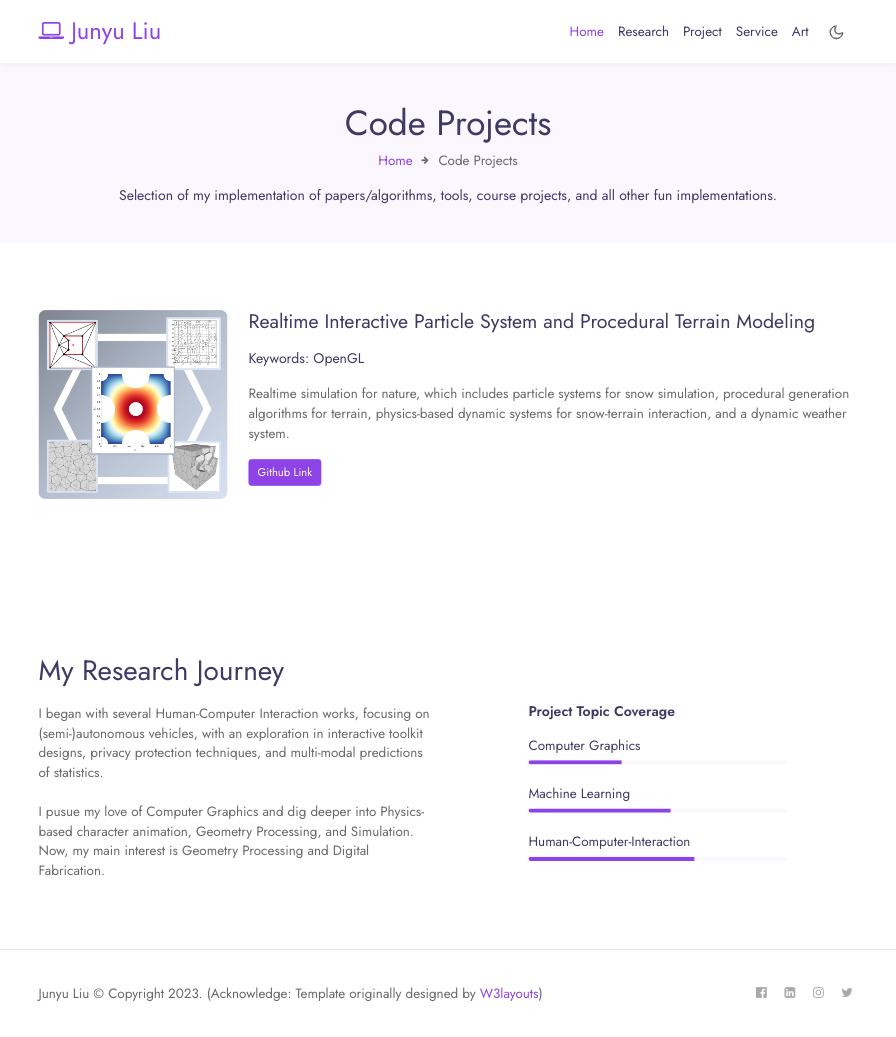
Repository: Junyu-Liu-Nate/junyu-liu-nate.github.io
Page: project.html
These files come from the project's save history. The page is drawn as it stood at one moment and after the next save; the edit follows.
The browser window is 1280 px wide. The pictures show the whole page, at 70% of full size.

Above is the page before, as saved 2024-04-10 18:12:22.
Console error: TypeError: Cannot read properties of null (reading 'classList')

After the next save:
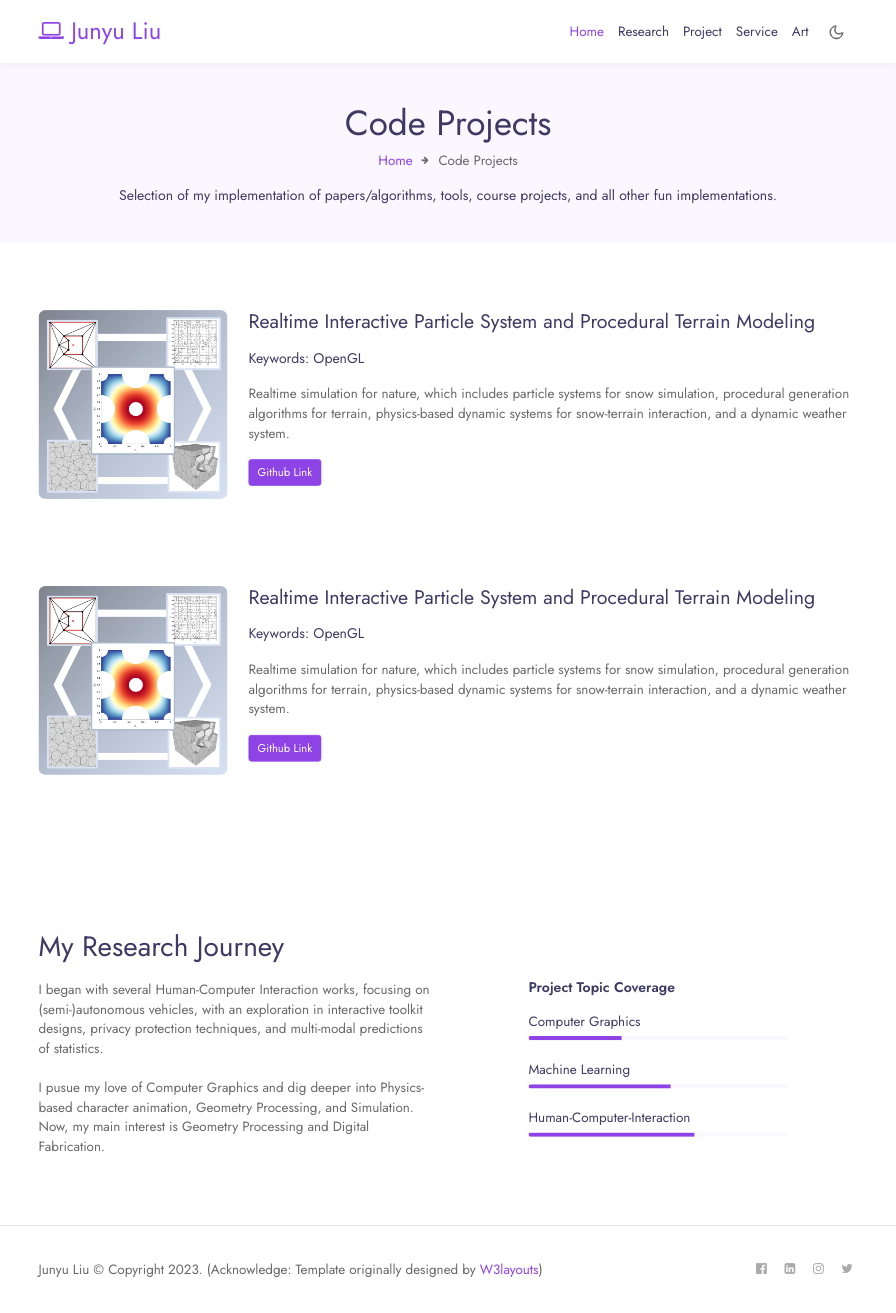
Saved 6 s later.
--- a/project.html
+++ b/project.html
@@ -123,7 +123,30 @@
             <p><br></p>
         </div>
 
-
+        <div class="container py-lg-5 py-md-3">
+          <div class="row">
+            <div class="col-lg-3">
+              <div class="position-relative">
+                  <img src="assets/images/project/thumnail/port-FEM-vs-VEM.png" alt="" class="radius-image img-fluid">
+              </div>
+            </div>
+            <div class="col-lg-9 mt-lg-0 mt-5">
+                <!-- <h5 class="title-small mb-2">Hello, I am UI/UX Designer</h5> -->
+                <h3 class="title">Realtime Interactive Particle System and Procedural Terrain Modeling</h3>
+                <br>
+                <h5>Keywords: OpenGL</h5>
+                <br>
+                <p>
+                  Realtime simulation for nature, which includes particle systems for snow simulation, procedural generation algorithms for terrain, physics-based dynamic systems for snow-terrain interaction, and a dynamic weather system.
+                </p>
+                <br>
+                <div>
+                  <a href="https://github.com/Junyu-Liu-Nate/Realtime-Interactive-Particle-System-Procedural-Modeling-OpenGL" class="btn btn-primary">Github Link</a>
+                </div>
+            </div>
+        </div>
+        <p><br></p>
+    </div>
     </div>
 </section>
 <!-- //about page about section -->

After the save that followed:
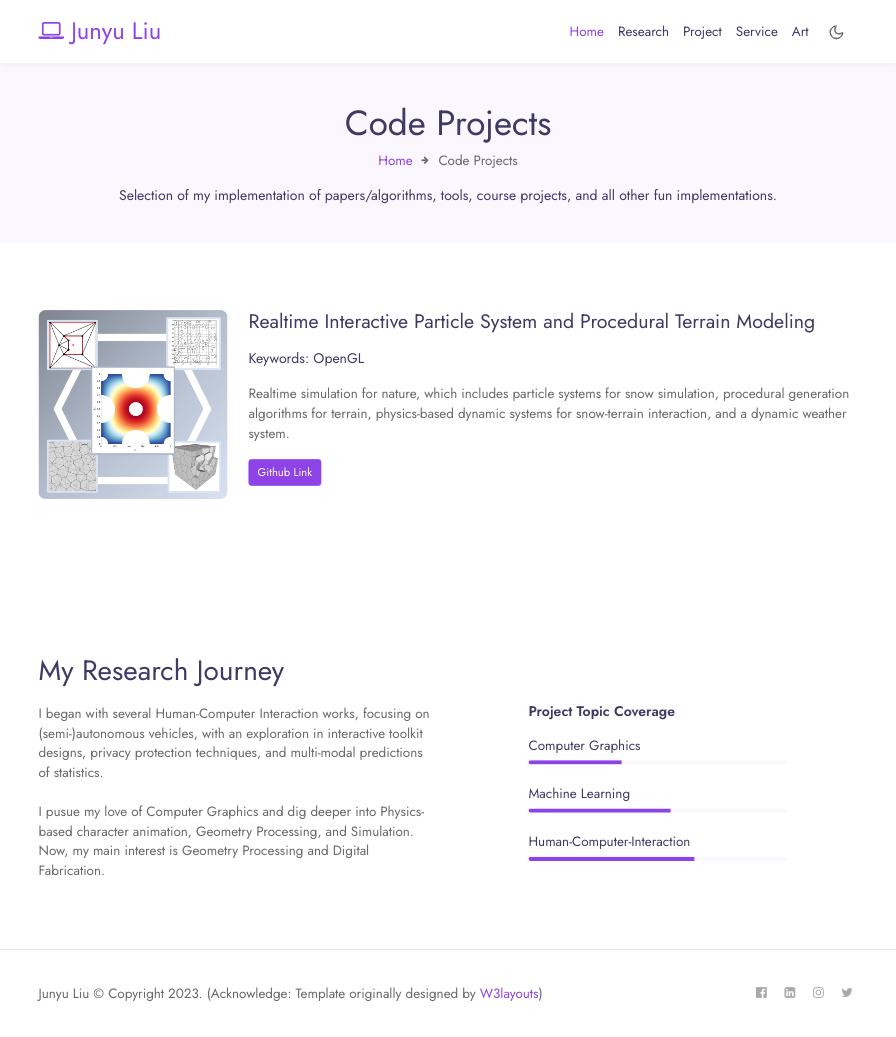
Saved 49 s later.
--- a/project.html
+++ b/project.html
@@ -122,30 +122,6 @@
             </div>
             <p><br></p>
         </div>
-
-        <div class="container py-lg-5 py-md-3">
-          <div class="row">
-            <div class="col-lg-3">
-              <div class="position-relative">
-                  <img src="assets/images/project/thumnail/port-FEM-vs-VEM.png" alt="" class="radius-image img-fluid">
-              </div>
-            </div>
-            <div class="col-lg-9 mt-lg-0 mt-5">
-                <!-- <h5 class="title-small mb-2">Hello, I am UI/UX Designer</h5> -->
-                <h3 class="title">Realtime Interactive Particle System and Procedural Terrain Modeling</h3>
-                <br>
-                <h5>Keywords: OpenGL</h5>
-                <br>
-                <p>
-                  Realtime simulation for nature, which includes particle systems for snow simulation, procedural generation algorithms for terrain, physics-based dynamic systems for snow-terrain interaction, and a dynamic weather system.
-                </p>
-                <br>
-                <div>
-                  <a href="https://github.com/Junyu-Liu-Nate/Realtime-Interactive-Particle-System-Procedural-Modeling-OpenGL" class="btn btn-primary">Github Link</a>
-                </div>
-            </div>
-        </div>
-        <p><br></p>
     </div>
     </div>
 </section>
